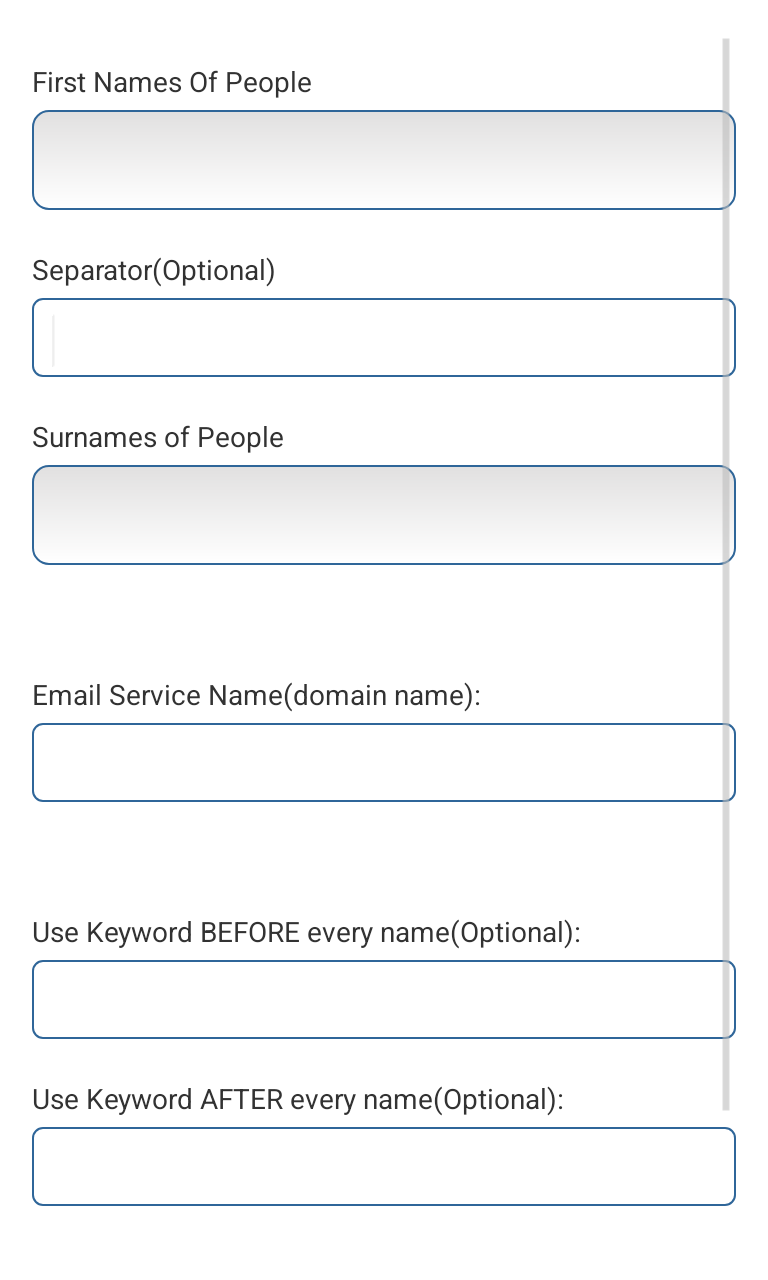
Repository: gperedo/AllAndroid
Layout: UltimateEmailIDEngine/res/layout/inputdata_activity.xml
An editor plug-in stored every save of this project. The layout is shown before and after the next save, followed by the edit.
It is drawn on a 768 x 1280 px phone screen (xhdpi) without system bars, with theme AppTheme; the app's code is not run.

Above is the layout before, as saved 2014-01-17 05:14:49.

After the next save:
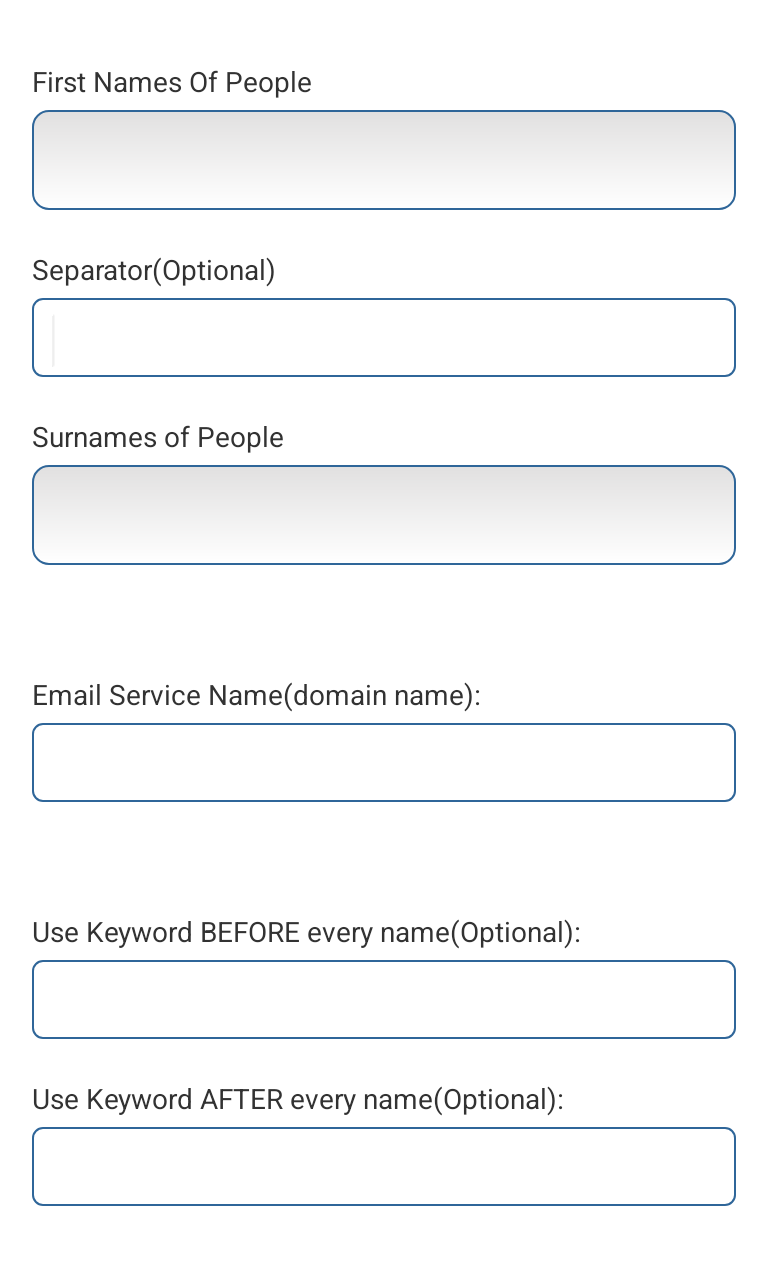
Saved 2 min 5 s later.
--- a/UltimateEmailIDEngine/res/layout/inputdata_activity.xml
+++ b/UltimateEmailIDEngine/res/layout/inputdata_activity.xml
@@ -2,19 +2,18 @@
 <RelativeLayout xmlns:android="http://schemas.android.com/apk/res/android"
     android:layout_width="match_parent"
     android:layout_height="match_parent"
-    android:paddingBottom="@dimen/activity_vertical_margin"
-    android:paddingLeft="@dimen/activity_horizontal_margin"
-    android:paddingRight="@dimen/activity_horizontal_margin"
-    android:paddingTop="@dimen/activity_vertical_margin" >
-<ScrollView
-            android:layout_width="fill_parent"
-            android:layout_height="wrap_content">
+    >
+
     <LinearLayout
         android:layout_width="wrap_content"
         android:layout_height="wrap_content"
         android:layout_centerInParent="true"
         android:layout_marginTop="0dp"
-        android:orientation="vertical" >
+        android:orientation="vertical"
+        android:paddingBottom="@dimen/activity_vertical_margin"
+    android:paddingLeft="@dimen/activity_horizontal_margin"
+    android:paddingRight="@dimen/activity_horizontal_margin"
+    android:paddingTop="@dimen/activity_vertical_margin" >
 
         <LinearLayout
             android:id="@+id/linearLayout5"
@@ -191,5 +190,5 @@
                 android:text="Button" />
         </LinearLayout>
     </LinearLayout>
-</ScrollView>
+
 </RelativeLayout>
